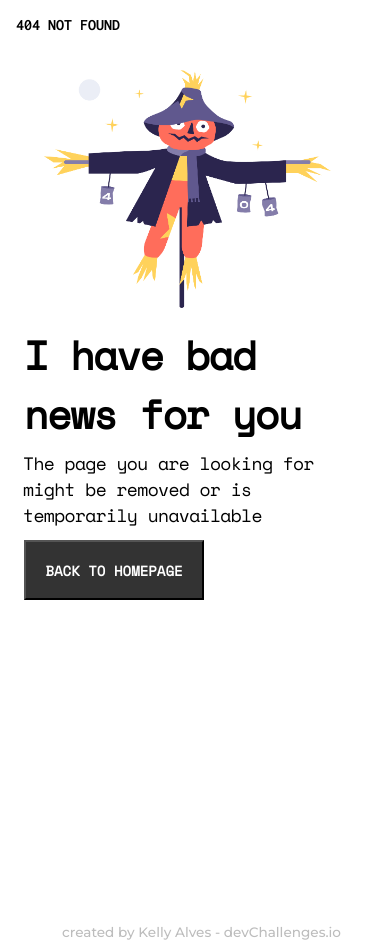
Repository: kellyalves87/404_not_found
Page: index.html
These files come from the project's save history. The page is drawn as it stood at one moment and after the next save; the edit follows.
The browser window is 375 px wide. The pictures show the whole page.

Above is the page before, as saved 2021-05-16 16:53:23.

### index.html
<!DOCTYPE html>
<html lang="en">

<head>
  <meta charset="utf-8" />
  <meta name="viewport" content="width=device-width, initial-scale=1,
  maximum-scale=5" />
  <link rel="icon" href="./assets/devchallenges.png" />
  <link rel="shortcut icon" type="image/x-icon" href="https://devchallenges.io/" />
  <link rel="preconnect" href="https://fonts.gstatic.com">
<link href="https://fonts.googleapis.com/css2?family=Inconsolata:wght@700&family=Montserrat:wght@500&family=Space+Mono:ital,wght@0,400;1,700&display=swap" rel="stylesheet">
  <link rel="stylesheet" href="./style/index.css">
  <link rel="stylesheet" href="./style/reset.css">
  <title>Devchallenges</title>
</head>

<header class="header">
  <h1>404 not found</h1>
</header>

<body>
  <section class="content">
    <img src="./assets/Scarecrow.png" alt="straw man">
    <h1>I have bad news for you</h1>
    <p>The page you are looking for might be removed or is temporarily unavailable</p>
  </section>
  <div class="button">
    <button type="button">back to homepage</button>
  </div>
    <footer class="footer">
      <a href="https://github.com/kellyalves87">created by Kelly Alves - <a href="https://devchallenges.io/">devChallenges.io</a>
    </footer>
</body>

</html>

### style/index.css
/*Desktop*/
.header h1 {
  font-family: Inconsolata, sans-serif;
  font-style: normal;
  font-weight: bold;
  text-transform: uppercase;
}

.content img {
  position: absolute;
  height: 447.4263916015625px;
  width: 539.2236938476562px;
  left: 77px;
  top: 150px;
  border-radius: 0px;
}

.header,
.content,
.button,
.footer {
  margin: 2rem;
}

.content h1,
p,
button {
  font-family: Space Mono, sans-serif;
}

.content h1,
button {
  font-weight: 700;
}

.content h1 {
  font-size: 4rem;
  font-weight: 700;
  width: 586px;
  height: 190px;
  left: 735px;
  top: 150px;
  position: absolute;
}

.content p {
  font-size: 1.5rem;
  font-weight: 400;
  position: absolute;
  width: 384px;
  height: 108px;
  left: 736px;
  top: 350px;
}

button {
  color: #ffffff;
  cursor: pointer;
  background-color: #333333;
  font-size: 14px;
  position: absolute;
  width: 216px;
  height: 68px;
  left: 740px;
  top: 480px;
  text-transform: uppercase;
}

.footer {
  font-size: 0.85rem;
  position: absolute;
  width: 287px;
  height: 17px;
  left: 577px;
  top: 663px;
}

.footer a {
  color: #bdbdbd;
  font-family: Montserrat, sans-serif;
  text-decoration: none;
}

/* Mobile first */
@media only screen and (max-width: 414px) {
  body {
    display: flex;
    flex-direction: column;
  }

  .header h1 {
    font-family: inconsolata, sans-serif;
    font-size: 1rem;
    text-transform: uppercase;
  }

  .content img {
    height: 238.00001525878906px;
    width: 286.829833984375px;
    left: 44px;
    top: 70px;
    border-radius: 0px;
  }

  .header,
  .content,
  .button,
  .footer {
    margin: 1rem;
  }

  .content h1,
  p,
  button {
    font-family: Space Mono, sans-serif;
  }

  .content h1,
  button {
    font-weight: 700;
  }

  .content h1 {
    font-size: 2.50rem;
    letter-spacing: -0.035em;
    position: absolute;
    width: 344px;
    height: 142px;
    left: 24px;
    top: 325px;
  }

  .content p {
    font-size: 1.125rem;
    font-weight: 400;
    letter-spacing: -0.035em;
    position: absolute;
    width: 328px;
    height: 81px;
    left: 23px;
    top: 450px;
  }

  button {
    color: #ffffff;
    cursor: pointer;
    background-color: #333333;
    font-size: 0.875rem;
    position: absolute;
    width: 180px;
    height: 60px;
    left: 24px;
    top: 540px;
    text-transform: uppercase;
  }

  .footer {
    font-size: 0.85rem;
    position: absolute;
    width: 287px;
    height: 17px;
    left: 46px;
    top: 908px;
  }
  .footer a {
    color: #bdbdbd;
    font-family: Montserrat, sans-serif;
    text-decoration: none;
  }
}

Loaded but not shown: style/reset.css (common file)

After the next save:
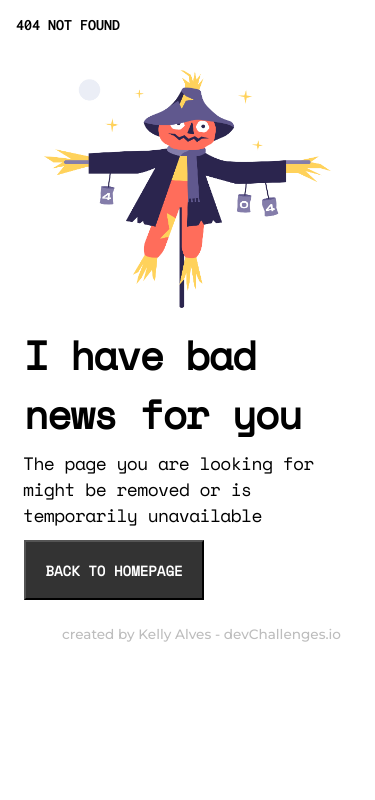
Saved 77 s later.
--- a/style/index.css
+++ b/style/index.css
@@ -160,7 +160,7 @@ button {
     width: 287px;
     height: 17px;
     left: 46px;
-    top: 908px;
+    top: 610px;
   }
   .footer a {
     color: #bdbdbd;
